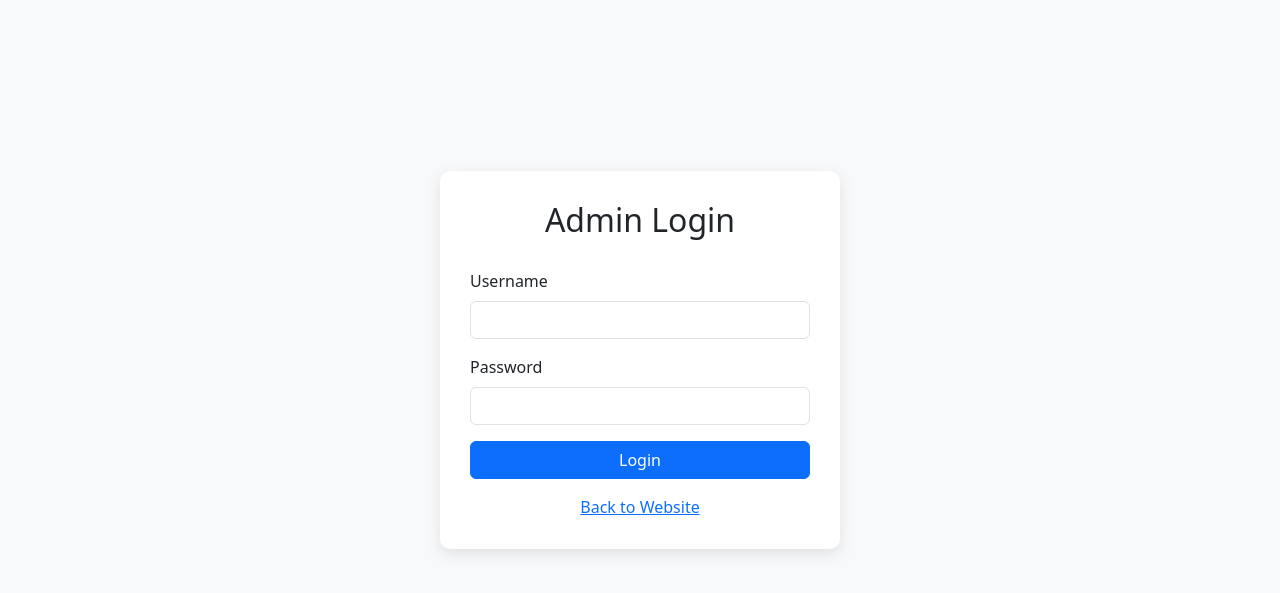
Repository: faridfirdaus-fred/portfolio-pweb
Page: http://localhost/admin/login.php
An editor plug-in stored every save of this project. The page is shown before and after the next save, followed by the edit.
The browser window is 1280 px wide. The pictures show the whole page.
The page is run by PHP 8.4 with error messages shown; the project is at /var/www/html/.

Above is the page before, as saved 2025-05-12 17:06:40.

After the next save:
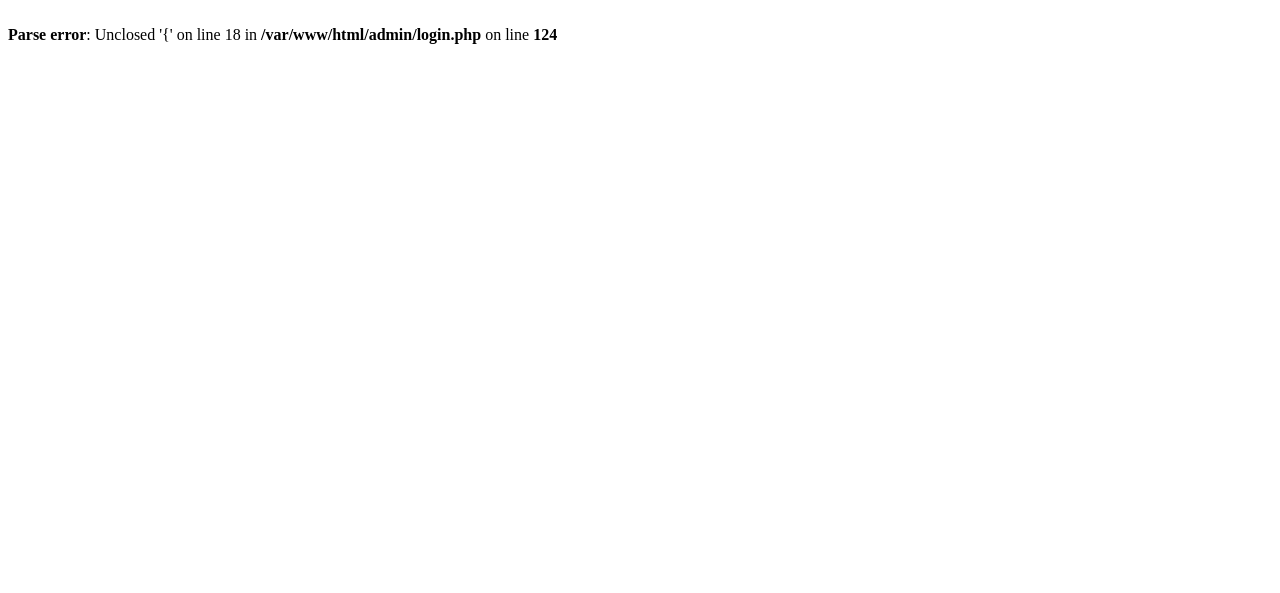
Saved 106 s later.
--- a/admin/login.php
+++ b/admin/login.php
@@ -6,7 +6,16 @@
     header("Location: index.php");
     exit;
 }
+if ($result->num_rows == 1) {
+    $user = $result->fetch_assoc();
 
+    // Debug information
+    echo "Input password: " . $password . "<br>";
+    echo "Stored password from DB: " . $user['password'] . "<br>";
+    echo "Is password hashed? " . (strpos($user['password'], '$2y$') === 0 ? 'Yes' : 'No') . "<br>";
+
+    // Verify password
+    if (password_verify($password, $user['password'])) {
 // Include database configuration
 require_once '../php/config.php';
 

After the 2 saves that followed:
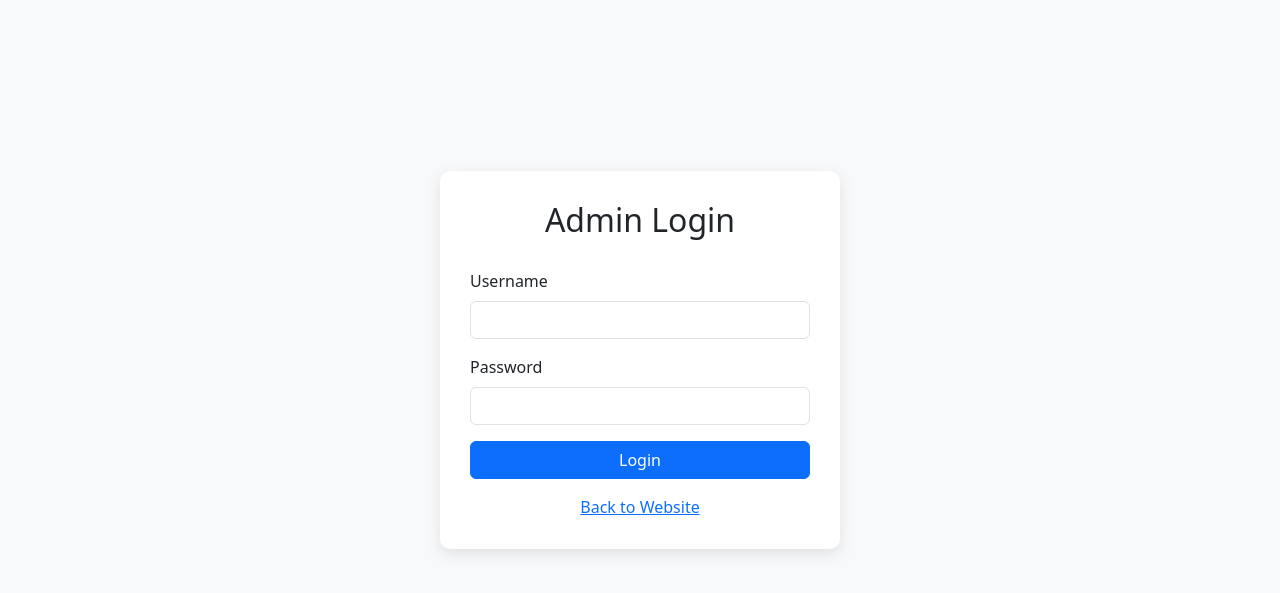
The 2 saves are shown as one change because they came seconds apart.
The last was saved 22 s later.
--- a/admin/login.php
+++ b/admin/login.php
@@ -6,16 +6,7 @@
     header("Location: index.php");
     exit;
 }
-if ($result->num_rows == 1) {
-    $user = $result->fetch_assoc();
 
-    // Debug information
-    echo "Input password: " . $password . "<br>";
-    echo "Stored password from DB: " . $user['password'] . "<br>";
-    echo "Is password hashed? " . (strpos($user['password'], '$2y$') === 0 ? 'Yes' : 'No') . "<br>";
-
-    // Verify password
-    if (password_verify($password, $user['password'])) {
 // Include database configuration
 require_once '../php/config.php';
 
